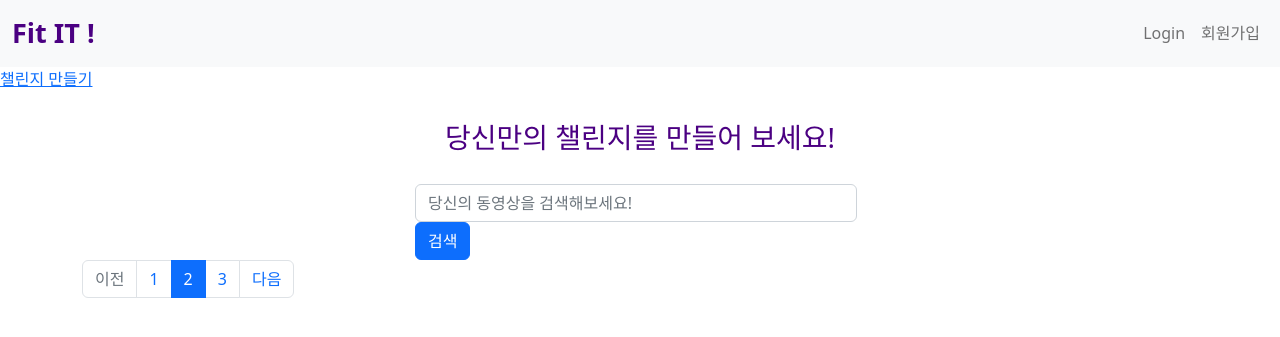
Repository: 4everGirls/Fit-IT-FRONT
Page: /makeChallenge (app in FrontEnd/fit-it/)
The author's editor kept a copy of each file at every save. The page is drawn from the files as they stood at one save, then again after the next save.
The browser window is 1280 px wide. The pictures show the whole page.
The project was rebuilt for these pictures with package versions that can differ from the ones it lists, and the page was loaded fresh each time. Also part of the build but not shown: FrontEnd/fit-it/vue.config.js, FrontEnd/fit-it/src/views/HomeView.vue, FrontEnd/fit-it/src/components/user/RegistUser.vue, FrontEnd/fit-it/src/components/user/LoginUser.vue.

Above is the page before, as saved 2022-11-20 12:22:12.

After the next save:
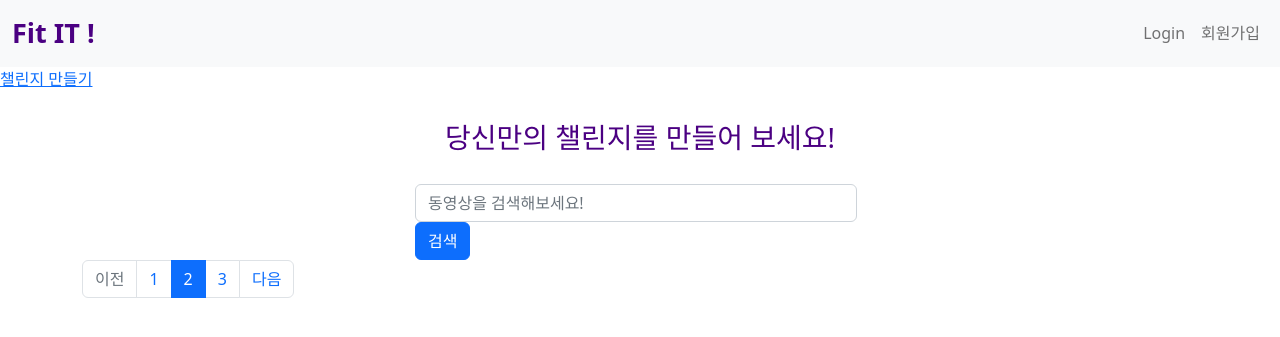
Saved 49 s later.
--- a/FrontEnd/fit-it/src/components/challenge/MakeChallenge/SearchVideo.vue
+++ b/FrontEnd/fit-it/src/components/challenge/MakeChallenge/SearchVideo.vue
@@ -9,7 +9,7 @@
           <input
             class="form-control me-2"
             type="search"
-            placeholder="당신의 동영상을 검색해보세요!"
+            placeholder="동영상을 검색해보세요!"
             aria-label="Search"
             size="40"
             v-on:keydown.enter.prevent="search"
